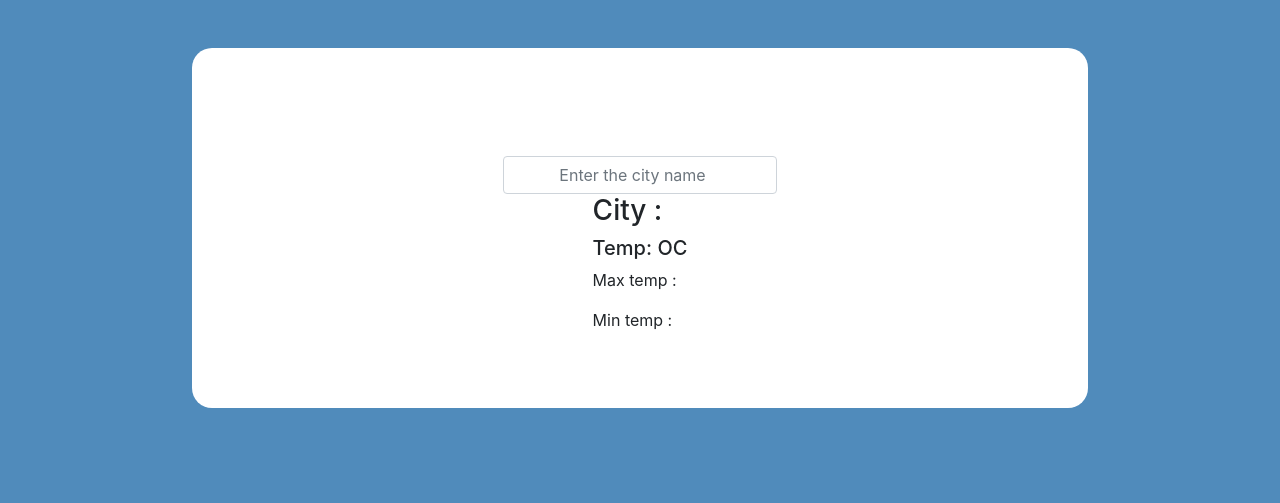
Repository: subhaDTECH/weather-app
Page: /
The author's editor kept a copy of each file at every save. The page is drawn from the files as they stood at one save, then again after the next save.
The browser window is 1280 px wide. The pictures show the whole page.
The page's requests for data from a server got no answer. The project was rebuilt for these pictures with package versions that can differ from the ones it lists, and the page was loaded fresh each time. No one was signed in, and anything a server would have sent is missing.

Above is the page before, as saved 2021-11-19 16:20:44.

### src/index.css
*{
  margin: 0;
  padding: 0;
  box-sizing: border-box;
}
.main_section{
  background-color: rgb(80, 139, 187);
  width: 100vw;
  height: 100vh;
}
body{
  background-color: rgb(80, 139, 187);
}
.weather-app{
 width :70vw;
 height:50vh;
  background-color:#fff;
  border-radius: 20px;
}
.center_div{
  display: grid;
  place-items: center;
}
/* @media (max-width:786){
  .weather-app{
    max-width: 400px;
    max-height: 400px;
    background-color:#fff;
    border-radius: 20px;
  }

} */

### src/App.js
import React,{useState,useEffect} from 'react';
import "../node_modules/bootstrap/dist/css/bootstrap.min.css";
import "./index.css";
const App=()=>{
  const[city,setCity]=useState([]);
  const [search,setSearch]=useState();
  useEffect(() => {

    const fetchApi=async()=>{

     const res=await fetch(`http://api.openweathermap.org/data/2.5/weather?q=${search}&units=metric&appid=b4769bbe9a42ca0e8de1f56e70704218`);
     const jsondata=await res.json();



     setCity(jsondata.main);
     console.log('city',city);



    }
    fetchApi();

  },[search])


  return (
    <>
    <div className="container-fluid  main_section">
      <div className='row'>
        <div className="col-md-10 mx-auto center_div mt-5">
         <div className="weather-app d-flex justify-content-center align-items-center flex-column">
           <div className="input_box mt-5 text-center d-inline d-flex justify-content-center align-items-center">
           <input autoComplete="off"
           placeholder="Enter the cit name..."
           value={search} onChange={(event)=>{setSearch(event.target.value)}} className="form-control me-2 text-center" type="search" placeholder="Enter the city name" aria-label="Search"/>


            <div>

            </div>


           </div>
           <div className="info_box">
               <h3>City :{search}</h3>
              <h5>Temp:{city?.temp} OC</h5>
               <p>Max temp :{city?.temp_max}</p>
               <p>Min temp :{city?.temp_min}</p>

           </div>



         </div>


        </div>

    </div>

    </div>

    </>
  )
}
export default App;

Loaded but not shown: public/index.html (common file); src/index.js (common file)

After the next save:
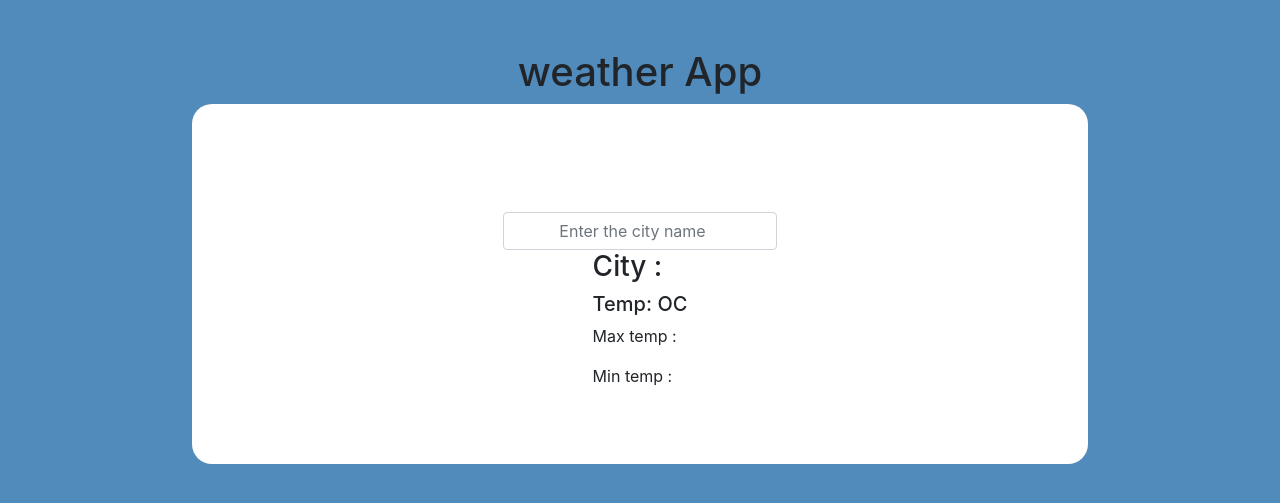
Saved 5 min 12 s later.
--- a/src/App.js
+++ b/src/App.js
@@ -29,6 +29,7 @@ const App=()=>{
     <div className="container-fluid  main_section">
       <div className='row'>
         <div className="col-md-10 mx-auto center_div mt-5">
+           <h1>weather App</h1>
          <div className="weather-app d-flex justify-content-center align-items-center flex-column">
            <div className="input_box mt-5 text-center d-inline d-flex justify-content-center align-items-center">
            <input autoComplete="off"
